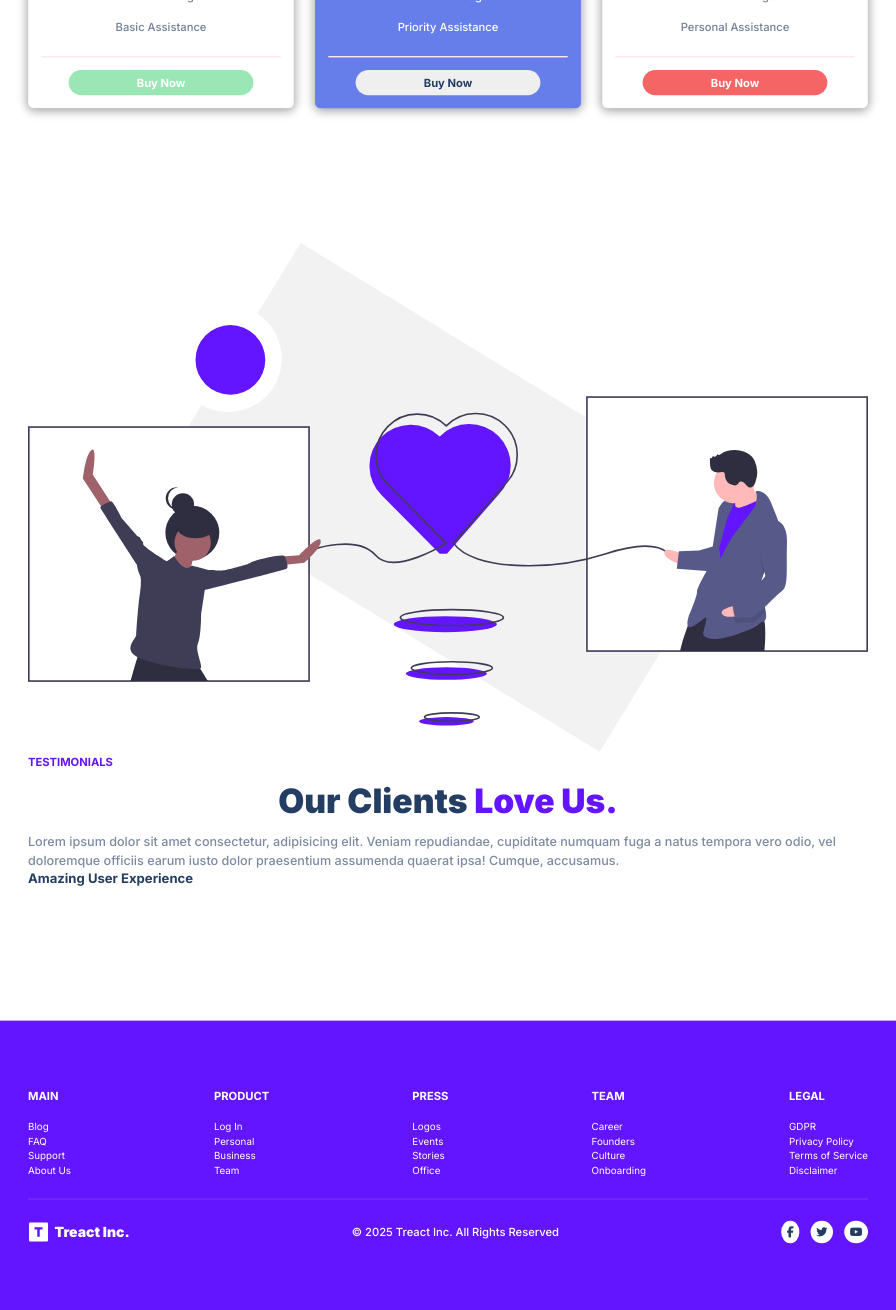
Repository: avivanguyen/m2_fianlProject
Page: index.html
The author's editor kept a copy of each file at every save. The page is drawn from the files as they stood at one save, then again after a run of saves.
The browser window is 1280 px wide. The pictures show the part of the page from y = 4330 to 6250 px (the page is 6202 px tall before and 6250 px after), at 70% of full size.
Some web libraries are served in a nearby version.

Above is the page before, as saved 2025-12-11 11:19:06.

After the next 4 saves:
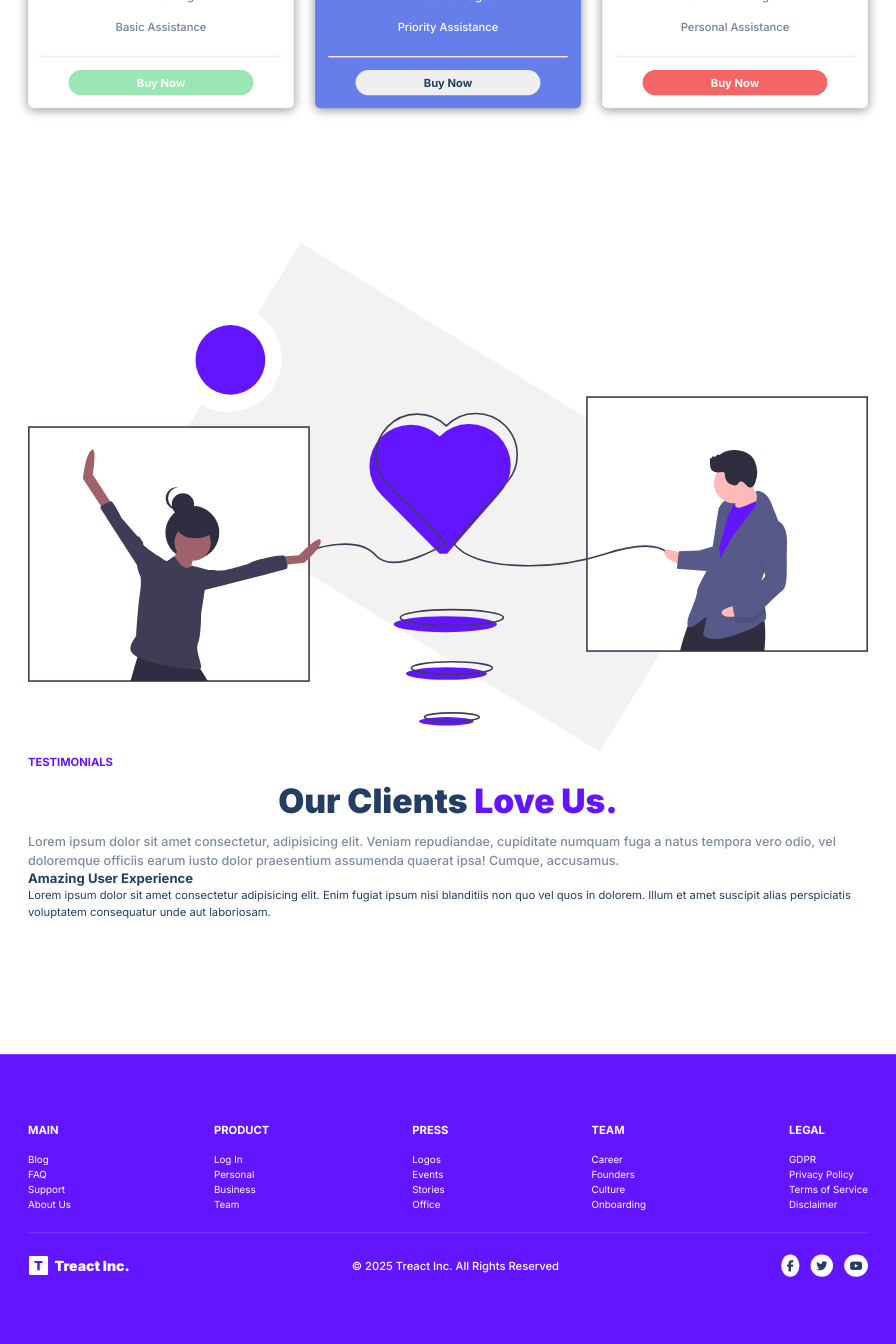
The 4 saves are shown as one change because they came seconds apart.
The last was saved 12 s later.
--- a/index.html
+++ b/index.html
@@ -326,7 +326,7 @@
                         <div class="testimonial">
                             <div class="testimonial__rating"></div>
                             <h3 class="testimonial__title">Amazing User Experience</h3>
-
+                            <p class="testimonail__para">Lorem ipsum dolor sit amet consectetur adipisicing elit. Enim fugiat ipsum nisi blanditiis non quo vel quos in dolorem. Illum et amet suscipit alias perspiciatis voluptatem consequatur unde aut laboriosam.</p>
                         </div>
                     </div>
                 </div>
